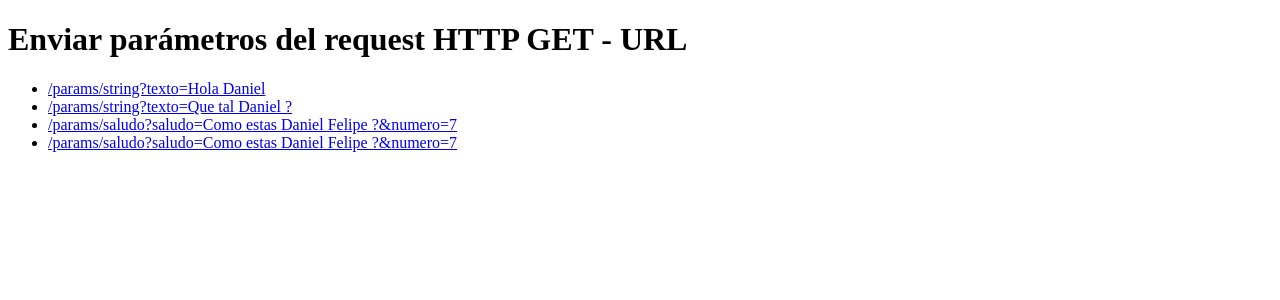
Repository: danielmedinam03/-Spring-Framework-5-Spring-Boot-2
Page: http://localhost/params/index
An editor plug-in stored every save of this project. The page is shown before and after the next save, followed by the edit.
The browser window is 1280 px wide. The pictures show the whole page.
The page is this project's Thymeleaf template; nobody is signed in. The template is opened directly, without the code that normally fills it, so the values that code supplies are empty.

Above is the page before, as saved 2022-09-22 03:31:42.

### spring-boot-web/src/main/resources/templates/params/index.html
<!DOCTYPE html>
<html xmlns:th="http://www.thymeleaf.org">
<head>
<meta charset="UTF-8"/>
<title>Enviar parámetros del request HTTP GET - URL </title>
</head>
<body>

	<h1>Enviar parámetros del request HTTP GET - URL </h1>
	<ul>
		<li>
			<a th:href="@{/params/string(texto='Hola Daniel')}">/params/string?texto=Hola Daniel</a>
		</li>
		<li>
			<a th:href="@{/params/string(texto='Que tal Daniel ?')}">/params/string?texto=Que tal Daniel ?</a>
		</li>
		<li>
			<a th:href="@{/params/mix-params(saludo='Como estas Daniel Felipe ?', numero = 03)}">/params/saludo?saludo=Como estas Daniel Felipe ?&numero=7</a>
		</li>
		<li>
			<a th:href="@{/params/mix-params-request(saludo='Como estas Felipe Moreno ?', numero = 06)}">/params/saludo?saludo=Como estas Daniel Felipe ?&numero=7</a>
		</li>
	</ul>

</body>
</html>

After the next save:
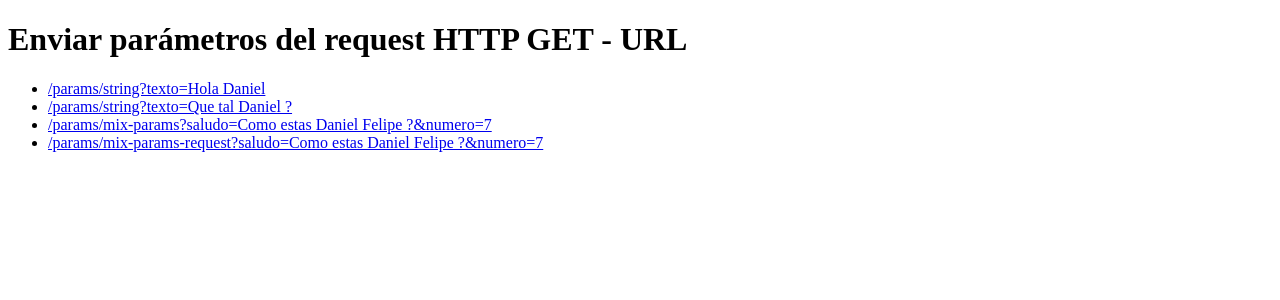
Saved 28 s later.
--- a/spring-boot-web/src/main/resources/templates/params/index.html
+++ b/spring-boot-web/src/main/resources/templates/params/index.html
@@ -15,10 +15,10 @@
 			<a th:href="@{/params/string(texto='Que tal Daniel ?')}">/params/string?texto=Que tal Daniel ?</a>
 		</li>
 		<li>
-			<a th:href="@{/params/mix-params(saludo='Como estas Daniel Felipe ?', numero = 03)}">/params/saludo?saludo=Como estas Daniel Felipe ?&numero=7</a>
+			<a th:href="@{/params/mix-params(saludo='Como estas Daniel Felipe ?', numero = 03)}">/params/mix-params?saludo=Como estas Daniel Felipe ?&numero=7</a>
 		</li>
 		<li>
-			<a th:href="@{/params/mix-params-request(saludo='Como estas Felipe Moreno ?', numero = 06)}">/params/saludo?saludo=Como estas Daniel Felipe ?&numero=7</a>
+			<a th:href="@{/params/mix-params-request(saludo='Como estas Felipe Moreno ?', numero = 06)}">/params/mix-params-request?saludo=Como estas Daniel Felipe ?&numero=7</a>
 		</li>
 	</ul>
 
